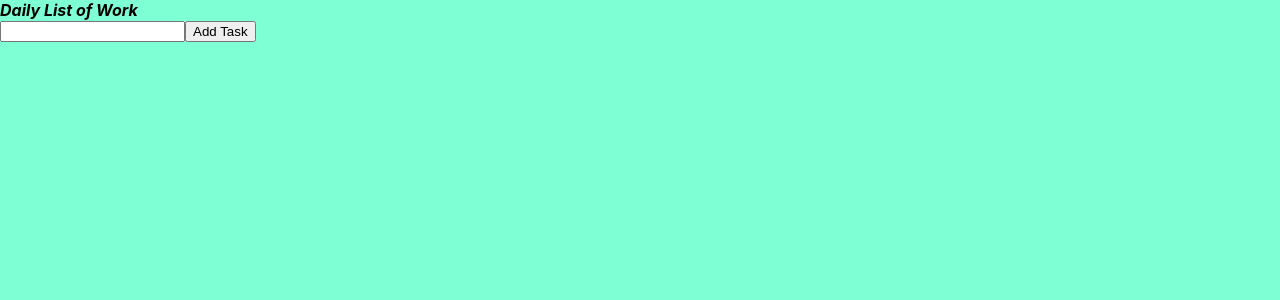
Repository: iamjayenmthakuri/todolist
Page: /
The author's editor kept a copy of each file at every save. The page is drawn from the files as they stood at one save, then again after the next save.
The browser window is 1280 px wide. The pictures show the whole page.
The project was rebuilt for these pictures with package versions that can differ from the ones it lists, and the page was loaded fresh each time.

Above is the page before, as saved 2022-09-19 10:13:04.

After the next save:
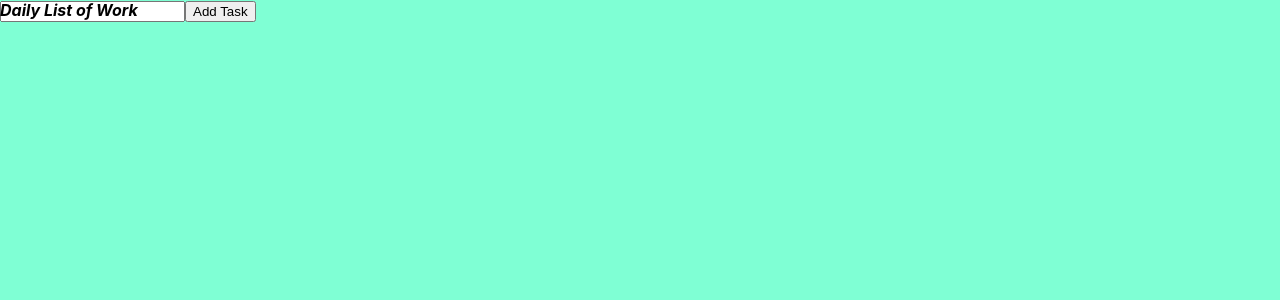
Saved 9 s later.
--- a/src/App.css
+++ b/src/App.css
@@ -8,7 +8,7 @@
   font-size: medium;
   font-weight: bold;
   font-style: italic;
-  position: relative;
+  position: fixed;
   margin: auto;
 
 

After the save that followed:
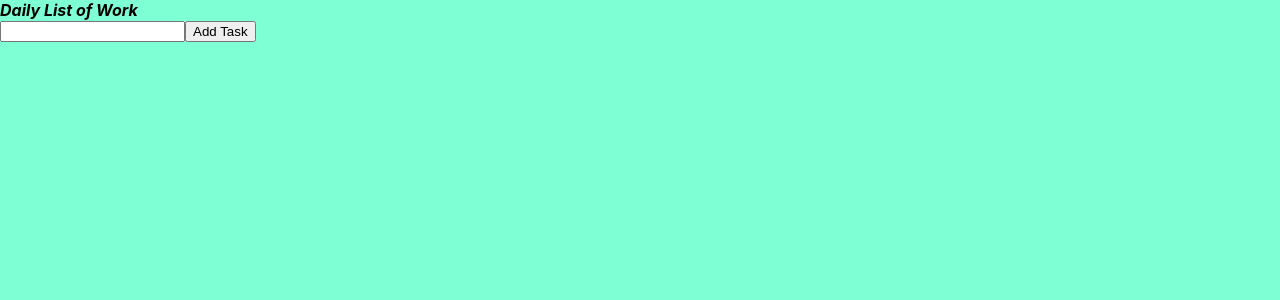
Saved 17 s later.
--- a/src/App.css
+++ b/src/App.css
@@ -8,7 +8,7 @@
   font-size: medium;
   font-weight: bold;
   font-style: italic;
-  position: fixed;
+  background-position: center;
   margin: auto;
 
 
